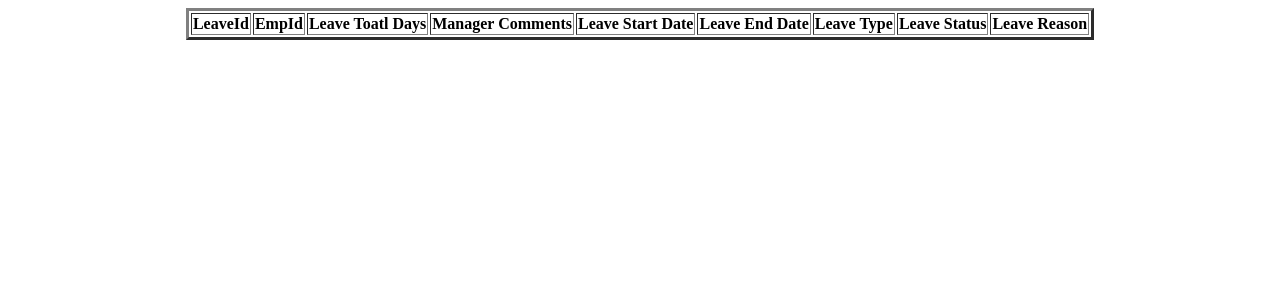
Repository: PersonalGithub26/Infinite-Training
Page: http://localhost/LMSProjectJstl/Pending.jsp
These files come from the project's save history. The page is drawn as it stood at one moment and after the next save; the edit follows.
The browser window is 1280 px wide. The pictures show the whole page.
The page is served by Tomcat 9. Other server files are loaded and not shown. Queries for data that is not in the repository find no rows.

Above is the page before, as saved 2023-01-22 17:17:38.

### Day15-05-01/LMSProjectJstl/src/main/webapp/Pending.jsp
<%@ page language="java" contentType="text/html; charset=ISO-8859-1"
	pageEncoding="ISO-8859-1"%>
<%@ taglib uri="http://java.sun.com/jsp/jstl/core" prefix="c"%>
<!DOCTYPE html>
<html>
<head>
<meta charset="ISO-8859-1">
<title>Insert title here</title>
</head>
<body>
	<form action="AllApprove.jsp">
		<jsp:useBean id="lDao"
			class="com.java.LMSProjectJstl.LevHistoryDaoImp"></jsp:useBean>
		<jsp:useBean id="leave" class="com.java.LMSProjectJstl.levHistory" />
		<c:set var="empId" value="${param.empId}" />
		<c:set var="manId" value="${param.manId}" />
		<c:set var="levList" value="${lDao.pendingLeaves(empId)}" />

		<table border="3" align="center">
			<tr>
				<th>LeaveId</th>
				<th>EmpId</th>
				<th>Leave Toatl Days</th>
				<th>Manager Comments</th>
				<th>Leave Start Date</th>
				<th>Leave End Date</th>
				<th>Leave Type</th>
				<th>Leave Status</th>
				<th>Leave Reason</th>
			</tr>
			<c:forEach var="lev" items="${levList}">
				<tr>
					<td>${lev.leaveId}</td>
					<td>${lev.empId}</td>
					<td>${lev.noOfDays}</td>
					<td>${lev.levMngCmts}</td>
					<td>${lev.stDate}</td>
					<td>${lev.endDate}</td>
					<td>${lev.leaveTyp}</td>
					<td>${lev.status}</td>
					<td>${lev.levReason}</td>
					<td><input type="checkbox" id="multiApprove" name="approve"
						value="${lev.empId}" /></td>
				</tr>
			</c:forEach>
		</table>
	</form>
</body>
</html>

### Day15-05-01/LMSProjectJstl/src/main/java/com/java/LMSProjectJstl/levHistoryDAO.java
package com.java.LMSProjectJstl;

public interface levHistoryDAO {

	public String ApplyLeave(levHistory lev) throws LeaveExceptionCls, Exception;

}

### Day15-05-01/LMSProjectJstl/src/main/java/com/java/LMSProjectJstl/LevHistoryDaoImp.java
package com.java.LMSProjectJstl;

import java.sql.Connection;
import java.sql.PreparedStatement;
import java.sql.ResultSet;
import java.sql.SQLException;
import java.text.SimpleDateFormat;
import java.util.ArrayList;
import java.util.Calendar;
import java.util.Date;
import java.util.List;


public class LevHistoryDaoImp implements levHistoryDAO{

	static levHistoryDAO dao;
	static StringBuilder sb;
	Connection connection;
	PreparedStatement pst;

	static {
		dao=new LevHistoryDaoImp();
		sb = new StringBuilder();
	}
	//prasanna.trainer@gmail.com


	public boolean checkOverlap(levHistory lev) throws Exception {
		connection = ConnectionHelper.getConnection();
		String sql = "SELECT * FROM LEAVE_HISTORY WHERE EMP_ID=? AND ((LEAVE_START_DATE BETWEEN ? AND ?) OR (LEAVE_END_DATE BETWEEN ? AND ?))";
		pst = connection.prepareStatement(sql);
		pst.setInt(1, lev.getEmpId());
		pst.setDate(2, new java.sql.Date(lev.getStDate().getTime()));
		pst.setDate(3, new java.sql.Date(lev.getEndDate().getTime()));
		pst.setDate(4, new java.sql.Date(lev.getStDate().getTime()));
		pst.setDate(5, new java.sql.Date(lev.getEndDate().getTime()));
		ResultSet rs = pst.executeQuery();
		if (rs.next()) {
			return true;
		} else {
			return false;
		}
	}

	public boolean manager(int empId) throws SQLException, ClassNotFoundException {

		boolean b = false;
		connection=ConnectionHelper.getConnection();
		String cmd = "SELECT EMP_MANAGER_ID FROM EMPLOYEE WHERE EMP_ID = ?";
		pst = connection.prepareStatement(cmd);
		pst.setInt(1, empId);
		ResultSet rs = pst.executeQuery();
		if(rs.next())
		{
			int m = rs.getInt("EMP_MANAGER_ID");
			if(m == 0)
			{
				b = true;
			}
		}

		return b;

	}


	public boolean doValid(levHistory levHistory) throws Exception
	{
		boolean isValid=true;
		if(levHistory.getStDate() != null)
		{
			SimpleDateFormat sdf = new SimpleDateFormat("dd-MM-yyyy");
			Date date = new Date();
			Calendar c = Calendar.getInstance();
			c.setTime(date);
			c.add(Calendar.DATE, -1);
			String yestarday = sdf.format(c.getTime());

			if(levHistory.getStDate().equals(sdf.parse(yestarday)))
			{
				sb.append("Leave start date cannot be yesterday date..,");
				isValid=false;
			}
			if(levHistory.getEndDate().equals(sdf.parse(yestarday)))
			{
				sb.append("Leave End Date cannot be Yesterday date...,");
				isValid=false;
			}
			if(levHistory.getEndDate().before(levHistory.getStDate()))
			{
				sb.append("leave Start date cannot be greater than levave end date.....");
				isValid=false;
			}

		}
		return isValid;
	}


	@Override
	public String ApplyLeave(levHistory lev) throws Exception,LeaveExceptionCls {
		System.out.println(lev.getStDate());
		System.out.println(lev.getEndDate());
		long days = lev.getEndDate().getTime()-lev.getStDate().getTime();
		int Days = (int) (days / (1000 * 60 * 60 * 24)+1);

		lev.setNoOfDays(Days);
		if(doValid(lev) == false)
		{
			throw new LeaveExceptionCls(sb.toString());
		}
		System.out.println(lev);
		if (checkOverlap(lev)) {
			throw new LeaveExceptionCls("You have already applied for leave within these dates. Please choose different dates.");
		}
		lev.setLeaveTyp(leaveTyp.EL);
		lev.setStatus(levStatus.PENDING);
		Employ employ = new Employ();
		connection = ConnectionHelper.getConnection();
		String sql = "INSERT INTO LEAVE_HISTORY (LEAVE_NO_OF_DAYS, LEAVE_START_DATE, LEAVE_END_DATE, LEAVE_TYPE,"
				+ " LEAVE_STATUS, LEAVE_REASON, EMP_ID) VALUES (?, ?, ?, ?, ?, ?, ?)";
		pst = connection.prepareStatement(sql);
		pst.setInt(1, Days);
		pst.setDate(2, lev.getStDate());
		pst.setDate(3, lev.getEndDate());
		pst.setString(4, lev.getLeaveTyp().toString());
		pst.setString(5, lev.getStatus().toString());
		pst.setString(6, lev.getLevReason());
		pst.setInt(7, lev.getEmpId());
		pst.executeUpdate();

		if(manager(lev.getEmpId()))
		{
			sql = "update leave_history set leave_status='APPROVED' where emp_id=?";
			pst = connection.prepareStatement(sql);
			pst.setInt(1,lev.getEmpId());
			pst.executeUpdate();
		}

		sql = "UPDATE EMPLOYEE SET EMP_AVAIL_LEAVE_BAL = EMP_AVAIL_LEAVE_BAL - ? WHERE EMP_ID = ?";
		pst = connection.prepareStatement(sql);
		pst.setInt(1, Days);
		pst.setInt(2, lev.getEmpId());
		pst.executeUpdate();
		return "Leave added successfully";
	}
	public int getEmpId() throws ClassNotFoundException, SQLException
	{
		connection = ConnectionHelper.getConnection();
		String cmd = "Select EMP_ID from EMPLOYEE";
		pst=connection.prepareStatement(cmd);
		ResultSet rs=pst.executeQuery();
		int t =0;
		if(rs.next())
		{
			t=rs.getInt("EMP_ID");
		}
		return t;
	}
	public java.sql.Date convertDate(String date) throws java.text.ParseException{
		if(date == "")
		{
			date="2023-01-19";
		}
		SimpleDateFormat sdf=new SimpleDateFormat("yyyy-MM-dd");
		Date sdate=sdf.parse(date);
		System.out.println(sdate);
		return new java.sql.Date(sdate.getTime());

	}



	public List<levHistory> pendingLeaves(int empId) throws ClassNotFoundException, SQLException {
		connection = ConnectionHelper.getConnection();
		String cmd = "select * from leave_history where emp_id="
				+ "any(select emp_id from employee where EMP_MANAGER_ID =?) and Leave_status='PENDING'";
		pst = connection.prepareStatement(cmd);
		pst.setInt(1, empId);
		ResultSet rs = pst.executeQuery();
		List<levHistory> list = new ArrayList<levHistory>();
		levHistory leaveHistory = null;
		while(rs.next()) {
			leaveHistory = new levHistory();
			leaveHistory.setLeaveId(rs.getInt("LEAVE_ID"));
			leaveHistory.setEmpId(rs.getInt("EMP_ID"));
			leaveHistory.setNoOfDays(rs.getInt("LEAVE_NO_OF_DAYS"));
			leaveHistory.setLevMngCmts(rs.getString("LEAVE_MNGR_COMMENTS"));
			leaveHistory.setStDate(rs.getDate("LEAVE_START_DATE"));
			leaveHistory.setEndDate(rs.getDate("LEAVE_END_DATE"));
			leaveHistory.setLeaveTyp(leaveTyp.valueOf(rs.getString("LEAVE_TYPE")));
			leaveHistory.setStatus(levStatus.valueOf(rs.getString("LEAVE_STATUS")));
			leaveHistory.setLevReason(rs.getString("LEAVE_REASON"));
			list.add(leaveHistory);
		}
		return list;
	}




	public List<levHistory> searchLeaveHistory(int empId) throws ClassNotFoundException, SQLException
	{
		connection = ConnectionHelper.getConnection();
		String cmd = "Select * from leave_history where EMP_ID=?";
		pst=connection.prepareStatement(cmd);
		pst.setInt(1, empId);
		ResultSet rs = pst.executeQuery();
		List<levHistory> leaveList1=new ArrayList<levHistory>();
		levHistory levHistory = null;
		while(rs.next())
		{
			levHistory = new levHistory();
			levHistory.setEmpId(rs.getInt("EMP_ID"));
			levHistory.setLeaveId(rs.getInt("LEAVE_ID"));
			levHistory.setNoOfDays(rs.getInt("LEAVE_NO_OF_DAYS"));
			levHistory.setLevMngCmts(rs.getString("LEAVE_MNGR_COMMENTS"));
			levHistory.setStDate(rs.getDate("LEAVE_START_DATE"));
			levHistory.setEndDate(rs.getDate("LEAVE_END_DATE"));
			levHistory.setLeaveTyp(leaveTyp.valueOf(rs.getString("LEAVE_TYPE")));
			levHistory.setStatus(levStatus.valueOf(rs.getString("LEAVE_STATUS")));
			levHistory.setLevReason(rs.getString("LEAVE_REASON"));
			leaveList1.add(levHistory);
		}
		connection.close();
		pst.close();
		return leaveList1;
	}
	public levHistory searchLeaveHistory2(int empId) throws ClassNotFoundException, SQLException
	{
		connection = ConnectionHelper.getConnection();
		String cmd = "Select * from leave_history where EMP_ID=?";
		pst=connection.prepareStatement(cmd);
		pst.setInt(1, empId);
		ResultSet rs = pst.executeQuery();
		levHistory levHistory = null;
		while(rs.next())
		{
			levHistory = new levHistory();
			levHistory.setEmpId(rs.getInt("EMP_ID"));
			levHistory.setLeaveId(rs.getInt("LEAVE_ID"));
			levHistory.setNoOfDays(rs.getInt("LEAVE_NO_OF_DAYS"));
			levHistory.setLevMngCmts(rs.getString("LEAVE_MNGR_COMMENTS"));
			levHistory.setStDate(rs.getDate("LEAVE_START_DATE"));
			levHistory.setEndDate(rs.getDate("LEAVE_END_DATE"));
			levHistory.setLeaveTyp(leaveTyp.valueOf(rs.getString("LEAVE_TYPE")));
			levHistory.setStatus(levStatus.valueOf(rs.getString("LEAVE_STATUS")));
			levHistory.setLevReason(rs.getString("LEAVE_REASON"));
		}
		connection.close();
		pst.close();
		return levHistory;
	}

	public String approvDeny(int empId, int managerId, String status, String mgrComments) throws ClassNotFoundException, SQLException {
		 levHistory leaveHistory = searchLeaveHistory2(empId);
		 EmployDAO dao=new EmployDaoImp();
//		 System.out.println("ENtered");
//		 System.out.println(empId + " " +managerId + " " +status + " " +mgrComments);
		//        int mgrId = employee.getManagerId();
		//        if (managerId!=mgrId) {
		//            return "You are unauthorized Manager...";
		//        }
		/System.out.println(status.toUpperCase());
		 if (status.equals("APPROVED")) {
		 String cmd = "update leave_history set LEAVE_STATUS='APPROVED', LEAVE_MNGR_COMMENTS=? WHERE EMP_ID=?";
		 connection = ConnectionHelper.getConnection();
		 pst = connection.prepareStatement(cmd);
		 pst.setString(1, mgrComments);
		 pst.setInt(2, empId);
		 pst.executeUpdate();
		 return "Leave Approved...";
		 } else {
		 String cmd = "update leave_history set LEAVE_STATUS='DENIED', LEAVE_MNGR_COMMENTS=? WHERE EMP_ID=?";
		 connection = ConnectionHelper.getConnection();
		 pst = connection.prepareStatement(cmd);
		 pst.setString(1, mgrComments);
		 pst.setInt(2, empId);
	 pst.executeUpdate();
		 cmd = "Update Employee set EMP_AVAIL_LEAVE_BAL=EMP_AVAIL_LEAVE_BAL+? where EMP_ID=?";
		 pst = connection.prepareStatement(cmd);
		 pst.setInt(1, leaveHistory.getNoOfDays());
		pst.setInt(2, leaveHistory.getEmpId());
		 pst.executeUpdate();

		 return "Leave Rejected..Balance Updated";


		    }

	}

}

### Day15-05-01/LMSProjectJstl/src/main/java/com/java/LMSProjectJstl/LeaveExceptionCls.java
package com.java.LMSProjectJstl;

public class LeaveExceptionCls extends Exception{
	public LeaveExceptionCls(String error)
	{
		super(error);
	}

	public LeaveExceptionCls(){}



}

### Day15-05-01/LMSProjectJstl/src/main/java/com/java/LMSProjectJstl/levHistory.java
package com.java.LMSProjectJstl;

import java.sql.Date;

public class levHistory {


	private int leaveId;
	private int noOfDays;
	private String levMngCmts;
	private int empId;
	private Date stDate;
	private Date endDate;
	private leaveTyp leaveTyp;
	private levStatus status;
	private String levReason;

	public int getLeaveId() {
		return leaveId;
	}
	public void setLeaveId(int leaveId) {
		this.leaveId = leaveId;
	}
	public int getNoOfDays() {
		return noOfDays;
	}
	public void setNoOfDays(int noOfDays) {
		this.noOfDays = noOfDays;
	}
	public String getLevMngCmts() {
		return levMngCmts;
	}
	public void setLevMngCmts(String levMngCmts) {
		this.levMngCmts = levMngCmts;
	}
	public int getEmpId() {
		return empId;
	}
	public void setEmpId(int empId) {
		this.empId = empId;
	}
	public Date getStDate() {
		return stDate;
	}
	public void setStDate(Date stDate) {
		this.stDate = stDate;
	}
	public Date getEndDate() {
		return endDate;
	}
	public void setEndDate(Date endDate) {
		this.endDate = endDate;
	}
	public leaveTyp getLeaveTyp() {
		return leaveTyp;
	}
	public void setLeaveTyp(leaveTyp leaveTyp) {
		this.leaveTyp = leaveTyp;
	}
	public levStatus getStatus() {
		return status;
	}
	public void setStatus(levStatus status) {
		this.status = status;
	}
	public String getLevReason() {
		return levReason;
	}
	public void setLevReason(String levReason) {
		this.levReason = levReason;
	}
	@Override
	public String toString() {
		return "levHistory [leaveId=" + leaveId + ", noOfDays=" + noOfDays + ", levMngCmts=" + levMngCmts + ", empId="
				+ empId + ", stDate=" + stDate + ", endDate=" + endDate + ", leaveTyp=" + leaveTyp + ", status="
				+ status + ", levReason=" + levReason + "]";
	}




}

### Day15-05-01/LMSProjectJstl/src/main/java/com/java/LMSProjectJstl/ConnectionHelper.java
package com.java.LMSProjectJstl;

import java.sql.Connection;
import java.sql.DriverManager;
import java.sql.SQLException;
import java.util.ResourceBundle;

public class ConnectionHelper {

	public static Connection getConnection() throws ClassNotFoundException, SQLException
	{
		ResourceBundle rb = ResourceBundle.getBundle("db");
		String driver = rb.getString("driver");
		String url = rb.getString("url");
		String user = rb.getString("user");
		String pwd = rb.getString("password");

		Class.forName(driver);
		Connection con = DriverManager.getConnection(url,user,pwd);
		return con;

	}


}

After the next save:
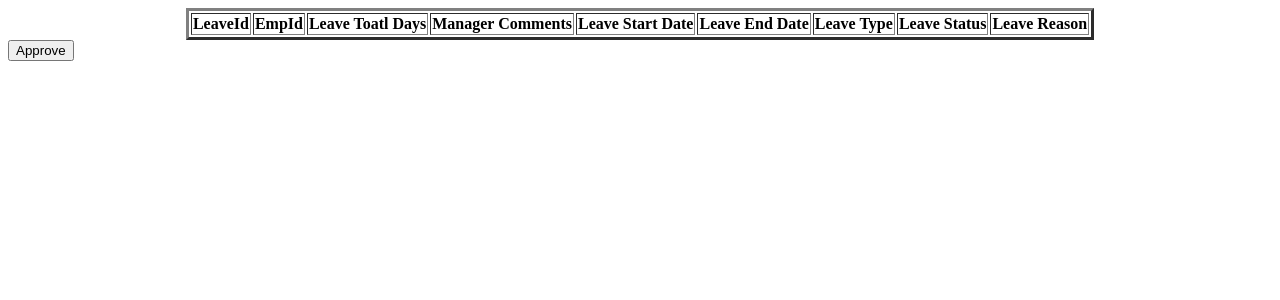
Saved 72 s later.
--- a/Day15-05-01/LMSProjectJstl/src/main/webapp/Pending.jsp
+++ b/Day15-05-01/LMSProjectJstl/src/main/webapp/Pending.jsp
@@ -39,11 +39,13 @@
 					<td>${lev.leaveTyp}</td>
 					<td>${lev.status}</td>
 					<td>${lev.levReason}</td>
-					<td><input type="checkbox" id="multiApprove" name="approve"
+<!-- 					<td><a href=AcceptReject.jsp?leaveId=${leave.leaveId}>Accept/Reject</a></td>
+ -->					<td><input type="checkbox" id="multiApprove" name="approve"
 						value="${lev.empId}" /></td>
 				</tr>
 			</c:forEach>
 		</table>
+		<input type="submit" value="Approve">
 	</form>
 </body>
 </html>
